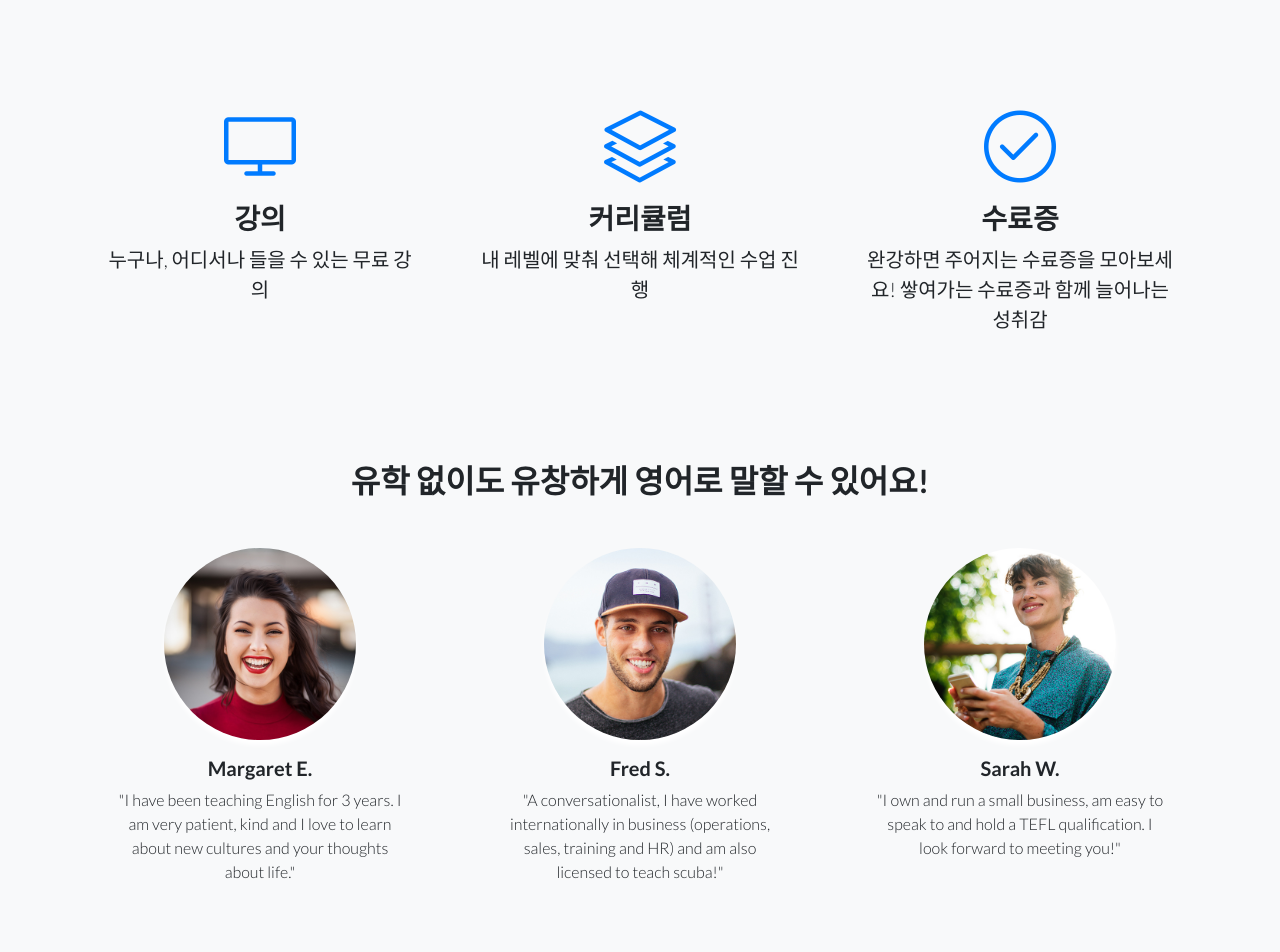
Repository: Toriikk/TEAM2_JSP_Project
Page: http://localhost/COBS/
An editor plug-in stored every save of this project. The page is shown before and after the next save, followed by the edit.
The browser window is 1280 px wide. The pictures show the part of the page from y = 1001 to 1953 px (the page is 2511 px tall before and 2541 px after).
The page is served by Tomcat 9. Other server files are loaded and not shown.

Above is the page before, as saved 2022-07-22 11:28:32.

### COBS/WebContent/index.jsp
<%@ page language="java" contentType="text/html; charset=UTF-8"
    pageEncoding="UTF-8"%>
<%@ include file="/include/header.jsp" %>
<style>
h1{
	text-align: left;
}
</style>
  <!-- Masthead -->
  <header class="masthead text-white text-center">
    <div class="overlay"></div>

        <div class="mainLine">
          <span style="width: 100%; height: 200px;"></span>
          <h1 style="color:#484848; font-size: 48px; line-height: 1.5em;">누구나 들을 수 있는 무료 코딩 강의,<br/> 지금 바로 시작하세요!</h1>
        </div>

          <form>
            <div class="form-row" style="width: 30%;">
              <div class="col-12 col-md-9 mb-2 mb-md-0">
                <input type="email" class="form-control form-control-lg" placeholder="  이메일 주소">
              </div>
              <div class="col-12 col-md-3">
                <input type="button" value="회원가입" class="btn btn-block btn-lg btn-primary" onclick="location.href='/Tutoring/member/insert'">
              </div>
            </div>
          </form>
  </header>

  <!-- Icons Grid -->
  <section class="features-icons bg-light text-center">
    <div class="container">
      <div class="row">
        <div class="col-lg-4">
          <div class="features-icons-item mx-auto mb-5 mb-lg-0 mb-lg-3">
            <div class="features-icons-icon d-flex">
              <i class="icon-screen-desktop m-auto text-primary"></i>
            </div>
            <h3>강의</h3>
            <p class="lead mb-0">누구나, 어디서나 들을 수 있는 무료 강의</p>
          </div>
        </div>
        <div class="col-lg-4">
          <div class="features-icons-item mx-auto mb-5 mb-lg-0 mb-lg-3">
            <div class="features-icons-icon d-flex">
              <i class="icon-layers m-auto text-primary"></i>
            </div>
            <h3>커리큘럼</h3>
            <p class="lead mb-0">내 레벨에 맞춰 선택해 체계적인 수업 진행</p>
          </div>
        </div>
        <div class="col-lg-4">
          <div class="features-icons-item mx-auto mb-0 mb-lg-3">
            <div class="features-icons-icon d-flex">
              <i class="icon-check m-auto text-primary"></i>
            </div>
            <h3>수료증</h3>
            <p class="lead mb-0">완강하면 주어지는 수료증을 모아보세요! 쌓여가는 수료증과 함께 늘어나는 성취감</p>
          </div>
        </div>
      </div>
    </div>
  </section>

  <!-- Testimonials -->
  <section class="testimonials text-center bg-light">
    <div class="container">
      <h2 class="mb-5">유학 없이도 유창하게 영어로 말할 수 있어요!</h2>
      <div class="row">
        <div class="col-lg-4">
          <div class="testimonial-item mx-auto mb-5 mb-lg-0">
            <img class="img-fluid rounded-circle mb-3" src="img/testimonials-1.jpg" alt="">
            <h5>Margaret E.</h5>
            <p class="font-weight-light mb-0">"I have been teaching English for 3 years. I am very patient, kind and I love to learn about new cultures and your thoughts about life."</p>
          </div>
        </div>
        <div class="col-lg-4">
          <div class="testimonial-item mx-auto mb-5 mb-lg-0">
            <img class="img-fluid rounded-circle mb-3" src="img/testimonials-2.jpg" alt="">
            <h5>Fred S.</h5>
            <p class="font-weight-light mb-0">"A conversationalist, I have worked internationally in business (operations, sales, training and HR) and am also licensed to teach scuba!"</p>
          </div>
        </div>
        <div class="col-lg-4">
          <div class="testimonial-item mx-auto mb-5 mb-lg-0">
            <img class="img-fluid rounded-circle mb-3" src="img/testimonials-3.jpg" alt="">
            <h5>Sarah W.</h5>
            <p class="font-weight-light mb-0">"I own and run a small business, am easy to speak to and hold a TEFL qualification. I look forward to meeting you!"</p>
          </div>
        </div>
      </div>
    </div>
  </section>

  <!-- Call to Action -->
  <section class="call-to-action text-white text-center">
    <div class="overlay"></div>
    <div class="container">
      <div class="row">
        <div class="col-xl-9 mx-auto">
          <h2 class="mb-4">내게 꼭 맞는 튜터를 찾아보세요</h2>
        </div>
        <div class="col-md-10 col-lg-8 col-xl-7 mx-auto">
          <form>
            <div class="form-row">
              <div class="col-12 col-md-9 mb-2 mb-md-0">
                <input type="email" class="form-control form-control-lg" placeholder="  이메일 주소">
              </div>
              <div class="col-12 col-md-3">
                 <input type="button" value="회원가입" class="btn btn-block btn-lg btn-primary" onclick="location.href='/Tutoring/member/insert'">
              </div>
            </div>
          </form>
        </div>
      </div>
    </div>
  </section>
<%@ include file="/include/footer.jsp" %>

### COBS/WebContent/include/header.jsp
<%@ page language="java" contentType="text/html; charset=UTF-8"
    pageEncoding="UTF-8"%>
<%@ taglib prefix="c" uri="http://java.sun.com/jsp/jstl/core" %>
<!DOCTYPE html>
<html>
<head>
  <meta charset="utf-8">
  <meta name="viewport" content="width=device-width, initial-scale=1, shrink-to-fit=no">
  <meta name="description" content="">
  <meta name="author" content="">
  <title>모두를 위한 코딩 학습 공간 COBS</title>
  <!-- Bootstrap core CSS -->
  <link href="/Tutoring/vendor/bootstrap/css/bootstrap.css"  rel="stylesheet">
  <!-- Custom fonts for this template -->
  <link href="/Tutoring/vendor/fontawesome-free/css/all.css" rel="stylesheet">
  <link href="/Tutoring/vendor/simple-line-icons/css/simple-line-icons.css"  rel="stylesheet" type="text/css">
  <link href="https://fonts.googleapis.com/css?family=Lato:300,400,700,300italic,400italic,700italic"  rel="stylesheet" type="text/css">
  <!-- Custom styles for this template -->
  <link href="/Tutoring/css/landing-page.css" rel="stylesheet">

  <script src="https://ajax.googleapis.com/ajax/libs/jquery/3.5.1/jquery.min.js"></script>
  <script src="https://cdnjs.cloudflare.com/ajax/libs/popper.js/1.16.0/umd/popper.min.js"></script>
  <script src="https://maxcdn.bootstrapcdn.com/bootstrap/3.4.1/js/bootstrap.min.js"></script>



</head>
<body>

  <!-- Navigation -->
  <nav class="navbar navbar-white bg-white static-top">
    <div class="container">
         <a class="navbar-brand" href="/Tutoring/index.jsp"><img src="/Tutoring/img/logo1.png" alt="CBS"></a>
         <a class="navbar-nav" href="/Tutoring/include/about.jsp">COBS?</a>
         <a class="navbar-nav" href="/Tutoring/class/courseList">과정</a>
         <a class="navbar-nav" href="/Tutoring/qna/qnaList.jsp">QnA</a>
    </div>
      <c:choose>
     	<c:when test="${empty sessionScope.userid}">
		    <ul class="navbar-nav">
		      <li class="nav-item">
		      	<a class="btn btn-gray" href="/Tutoring/member/login">로그인</a>
			    <a class="btn btn-primary" href="/Tutoring/member/insert">회원가입</a>
		      </li>
		  	</ul>
    	</c:when>
    	<c:when test="${sessionScope.admin==1}">
		    <ul class="navbar-nav">
		      <li class="nav-item">
		      	<a class="btn btn-gray" href="/Tutoring/member/Adminview">관리자</a>
			    <a class="btn btn-primary" href="/Tutoring/member/logout">로그아웃</a>
		      </li>
		  	</ul>
    	</c:when>
    	<c:when test="${sessionScope.admin==0}">
    		<ul class="navbar-nav">
		      <li class="nav-item">
		      	<a class="btn btn-gray" href="/Tutoring/member/view">내계정</a>
			    <a class="btn btn-info" href="/Tutoring/member/logout">로그아웃</a>
		      </li>
		  	</ul>
    	</c:when>
     </c:choose>

  </nav>

<!-- Bootstrap core JavaScript -->
<script src="https://ajax.googleapis.com/ajax/libs/jquery/3.5.1/jquery.min.js"></script>
<script src="/Tutoring/vendor/jquery/jquery.js"></script>
<script src="/Tutoring/vendor/bootstrap/js/bootstrap.bundle.js"></script>

### COBS/WebContent/include/footer.jsp
<%@ page language="java" contentType="text/html; charset=UTF-8"
    pageEncoding="UTF-8"%>
<style>
footer{
	clear: both;
}
</style>
 <!-- Footer -->
  <footer class="footer bg-light">
    <div class="container">
      <div class="row">
        <div class="col-lg-6 h-100 text-center text-lg-left my-auto">
          <ul class="list-inline mb-2">
            <li class="list-inline-item">
              <a href="#">About</a>
            </li>
            <li class="list-inline-item">&sdot;</li>
            <li class="list-inline-item">
              <a href="#">Contact</a>
            </li>
            <li class="list-inline-item">&sdot;</li>
            <li class="list-inline-item">
              <a href="#">Terms of Use</a>
            </li>
            <li class="list-inline-item">&sdot;</li>
            <li class="list-inline-item">
              <a href="#">Privacy Policy</a>
            </li>
          </ul>
          <p class="text-muted small mb-4 mb-lg-0">&copy; Your Website 2020. All Rights Reserved.</p>
        </div>
        <div class="col-lg-6 h-100 text-center text-lg-right my-auto">
          <ul class="list-inline mb-0">
            <li class="list-inline-item mr-3">
              <a href="#">
                <i class="fab fa-facebook fa-2x fa-fw"></i>
              </a>
            </li>
            <li class="list-inline-item mr-3">
              <a href="#">
                <i class="fab fa-twitter-square fa-2x fa-fw"></i>
              </a>
            </li>
            <li class="list-inline-item">
              <a href="#">
                <i class="fab fa-instagram fa-2x fa-fw"></i>
              </a>
            </li>
          </ul>
        </div>
      </div>
    </div>
  </footer>
</body>
</html>

### COBS/WebContent/css/landing-page.css
/*!
 * Start Bootstrap - Landing Page v5.0.8 (https://startbootstrap.com/themes/landing-page)
 * Copyright 2013-2020 Start Bootstrap
 * Licensed under MIT (https://github.com/StartBootstrap/startbootstrap-landing-page/blob/master/LICENSE)
 */

body {
  font-family: 'Lato', 'Helvetica Neue', Helvetica, Arial, sans-serif;
}

h1,
h2,
h3,
h4,
h5,
h6 {
  font-family: 'Lato', 'Helvetica Neue', Helvetica, Arial, sans-serif;
  font-weight: 700;
}

header.masthead {
  position: relative;
  background-color: #ffffff;
  background: url("Tutoring/gif/main1.gif") no-repeat center center;
  background-size: cover;
  padding-top: 6rem;
  padding-bottom: 6rem;

  display: flex;
  flex-flow: column;
  justify-content: space-between;
  padding-left: 10%;
  height: 70vh;
  min-height: 500px;
}

header.masthead .overlay {
  position: absolute;
  background-color: #FFC846;
  height: 100%;
  width: 100%;
  top: 0;
  left: 0;
  opacity: 0.1;
}

header.masthead h1 {
  font-size: 2rem;
}

@media (min-width: 768px) {
  header.masthead {
    padding-top: 18rem;
    padding-bottom: 18rem;
  }
  header.masthead h1 {
    font-size: 3rem;
  }
}

.showcase .showcase-text {
  padding: 3rem;
}

.showcase .showcase-img {
  min-height: 30rem;
  background-size: cover;
}

@media (min-width: 768px) {
  .showcase .showcase-text {
    padding: 7rem;
  }
}

.features-icons {
  padding-top: 7rem;
  padding-bottom: 7rem;
}

.features-icons .features-icons-item {
  max-width: 20rem;
}

.features-icons .features-icons-item .features-icons-icon {
  height: 7rem;
}

.features-icons .features-icons-item .features-icons-icon i {
  font-size: 4.5rem;
}

.features-icons .features-icons-item:hover .features-icons-icon i {
  font-size: 5rem;
}

.testimonials {
  padding-bottom: 7rem;
}

.testimonials .testimonial-item {
  max-width: 18rem;
}

.testimonials .testimonial-item img {
  max-width: 12rem;
  box-shadow: 0px 5px 5px 0px #ffffff;
}

.call-to-action {
  position: relative;
  background-color: #343a40;
  background: url("../img/bradcam.png") no-repeat top center;
  background-size: cover;
  padding-top: 7rem;
  padding-bottom: 7rem;
}

.call-to-action .overlay {
  position: absolute;
  background-color: #ffffff;
  height: 100%;
  width: 100%;
  top: 0;
  left: 0;
  opacity: 0.3;
}

footer.footer {
  padding-top: 4rem;
  padding-bottom: 4rem;
}

After the next save:
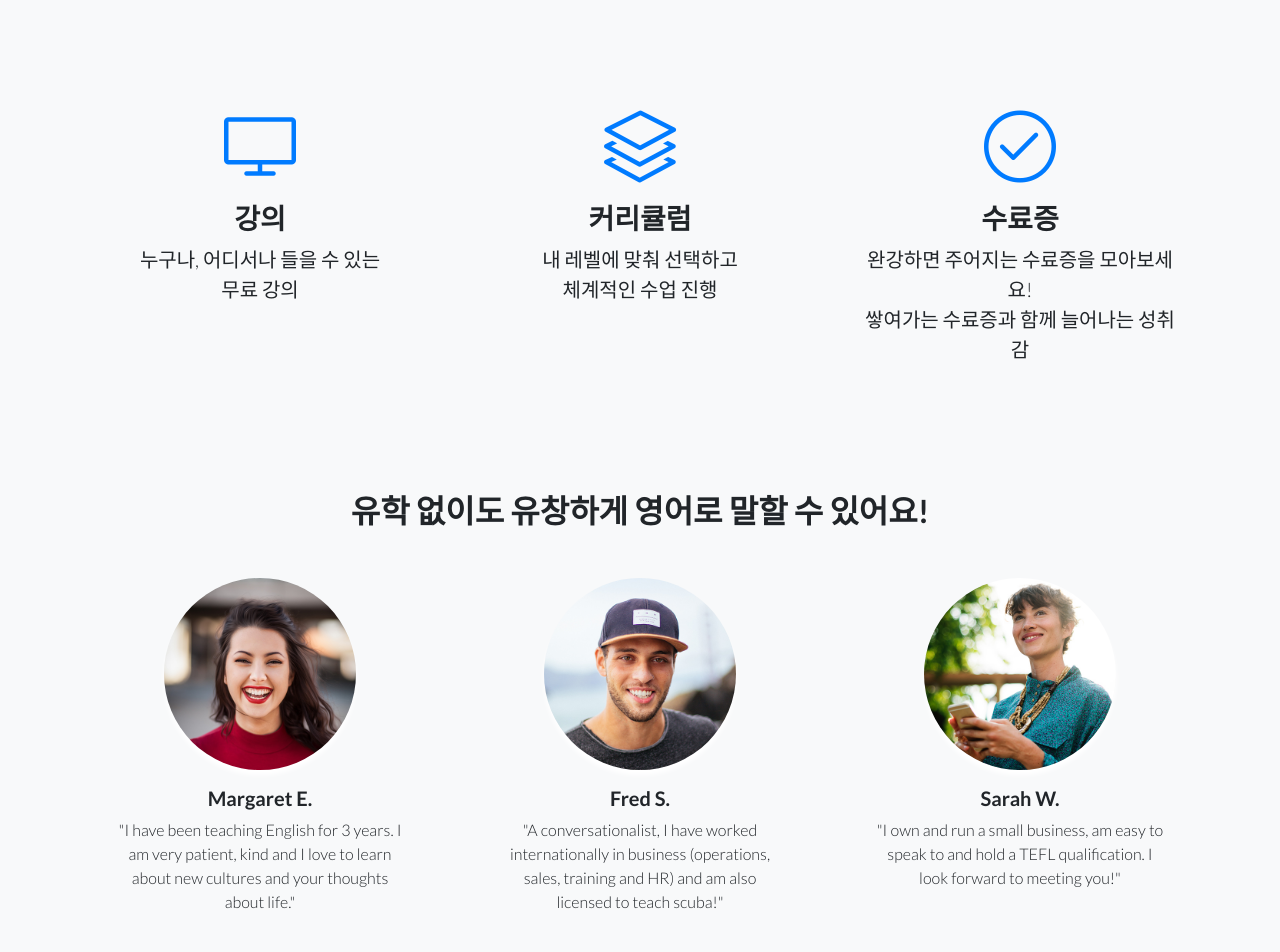
Saved 8 min 27 s later.
--- a/COBS/WebContent/index.jsp
+++ b/COBS/WebContent/index.jsp
@@ -37,7 +37,7 @@ h1{
               <i class="icon-screen-desktop m-auto text-primary"></i>
             </div>
             <h3>강의</h3>
-            <p class="lead mb-0">누구나, 어디서나 들을 수 있는 무료 강의</p>
+            <p class="lead mb-0">누구나, 어디서나 들을 수 있는 <br/>무료 강의</p>
           </div>
         </div>
         <div class="col-lg-4">
@@ -46,7 +46,7 @@ h1{
               <i class="icon-layers m-auto text-primary"></i>
             </div>
             <h3>커리큘럼</h3>
-            <p class="lead mb-0">내 레벨에 맞춰 선택해 체계적인 수업 진행</p>
+            <p class="lead mb-0">내 레벨에 맞춰 선택하고<br/> 체계적인 수업 진행</p>
           </div>
         </div>
         <div class="col-lg-4">
@@ -55,7 +55,7 @@ h1{
               <i class="icon-check m-auto text-primary"></i>
             </div>
             <h3>수료증</h3>
-            <p class="lead mb-0">완강하면 주어지는 수료증을 모아보세요! 쌓여가는 수료증과 함께 늘어나는 성취감</p>
+            <p class="lead mb-0">완강하면 주어지는 수료증을 모아보세요! <br/>쌓여가는 수료증과 함께 늘어나는 성취감</p>
           </div>
         </div>
       </div>
